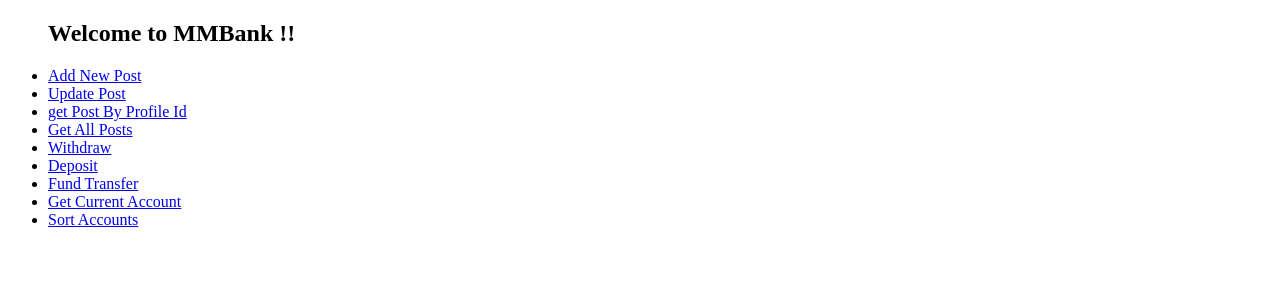
Repository: deepikabachhav/Ally-World-Post
Page: http://localhost/website/WEB-INF/jsp/index.jsp
An editor plug-in stored every save of this project. The page is shown before and after the next save, followed by the edit.
The browser window is 1280 px wide. The pictures show the whole page.
The page is served by Tomcat 9. Nobody is signed in. The template is opened directly, without the code that normally fills it, so the values that code supplies are empty.

Above is the page before, as saved 2019-02-09 10:54:43.

After the next save:
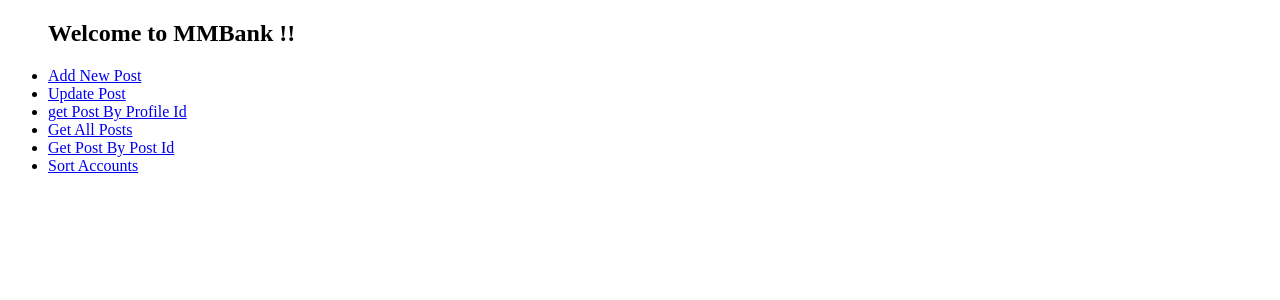
Saved 69 s later.
--- a/website/src/main/webapp/WEB-INF/jsp/index.jsp
+++ b/website/src/main/webapp/WEB-INF/jsp/index.jsp
@@ -17,10 +17,7 @@
                 <li><a href="updatePost">Update Post</a></li>
                 <li><a href="getPostByProfileId">get Post By Profile Id</a>
                 <li><a href="getAllPosts">Get All Posts</a></li>
-                <li><a href="withdraw">Withdraw </a></li>
-               <li><a href="deposit">Deposit</a></li>
-                <li><a href="fundTransfer">Fund Transfer</a></li>
-                <li><a href="getCurrentAccount">Get Current Account</a></li>
+                <li><a href="getPostByPostId">Get Post By Post Id</a></li>
                <li><a href="sortAccounts">Sort Accounts</a></li>
 
 	</ul>
